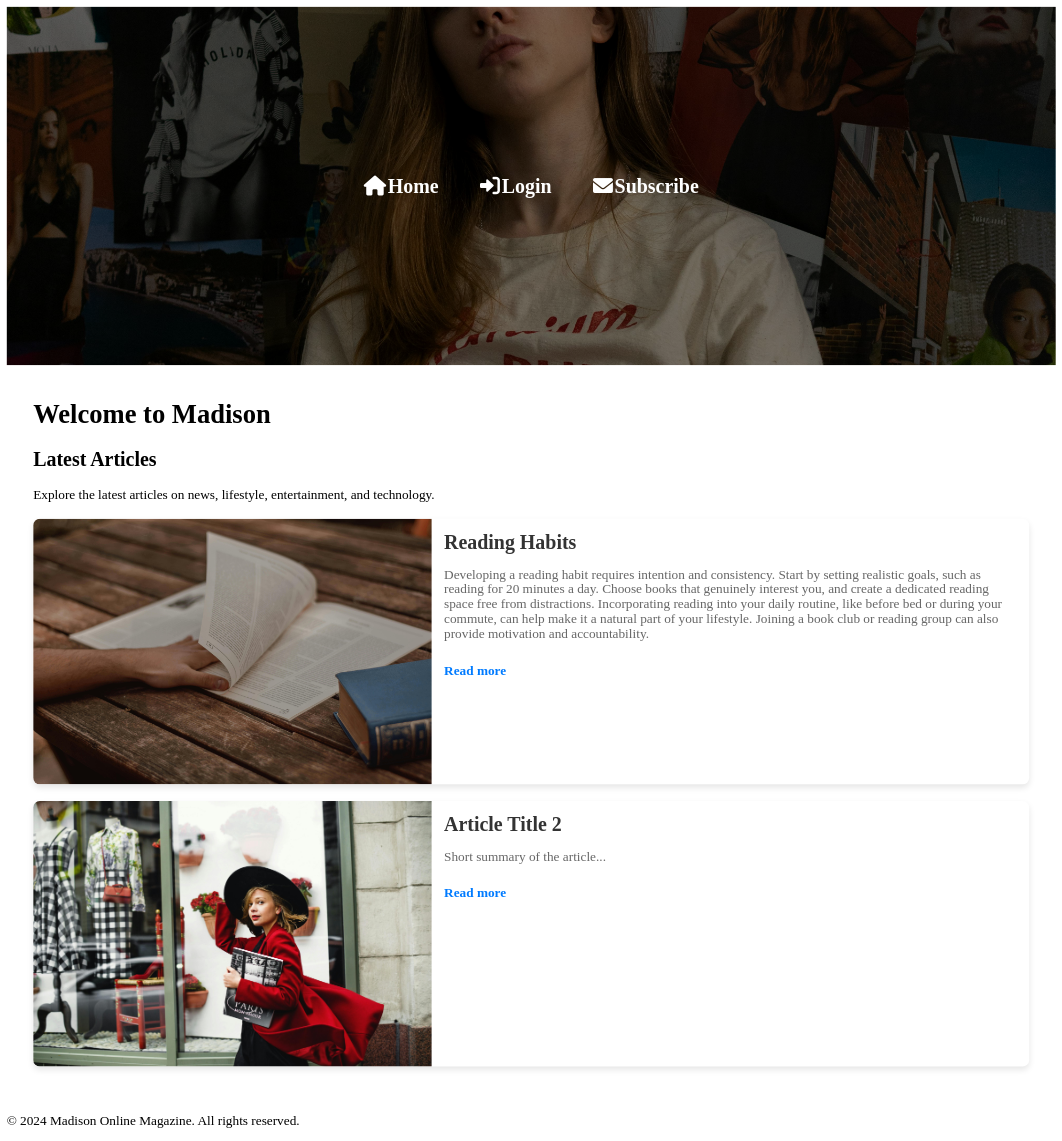
Repository: Anukb/Madison-Magazine-
Page: http://localhost/
The author's editor kept a copy of each file at every save. The page is drawn from the files as they stood at one save, then again after the next save.
The browser window is 1280 px wide. The pictures show the whole page, at 83% of full size.
The page is served by the project's application, run on Django 5.2 (manage.py).

Above is the page before, as saved 2024-08-13 06:49:38.

After the next save:
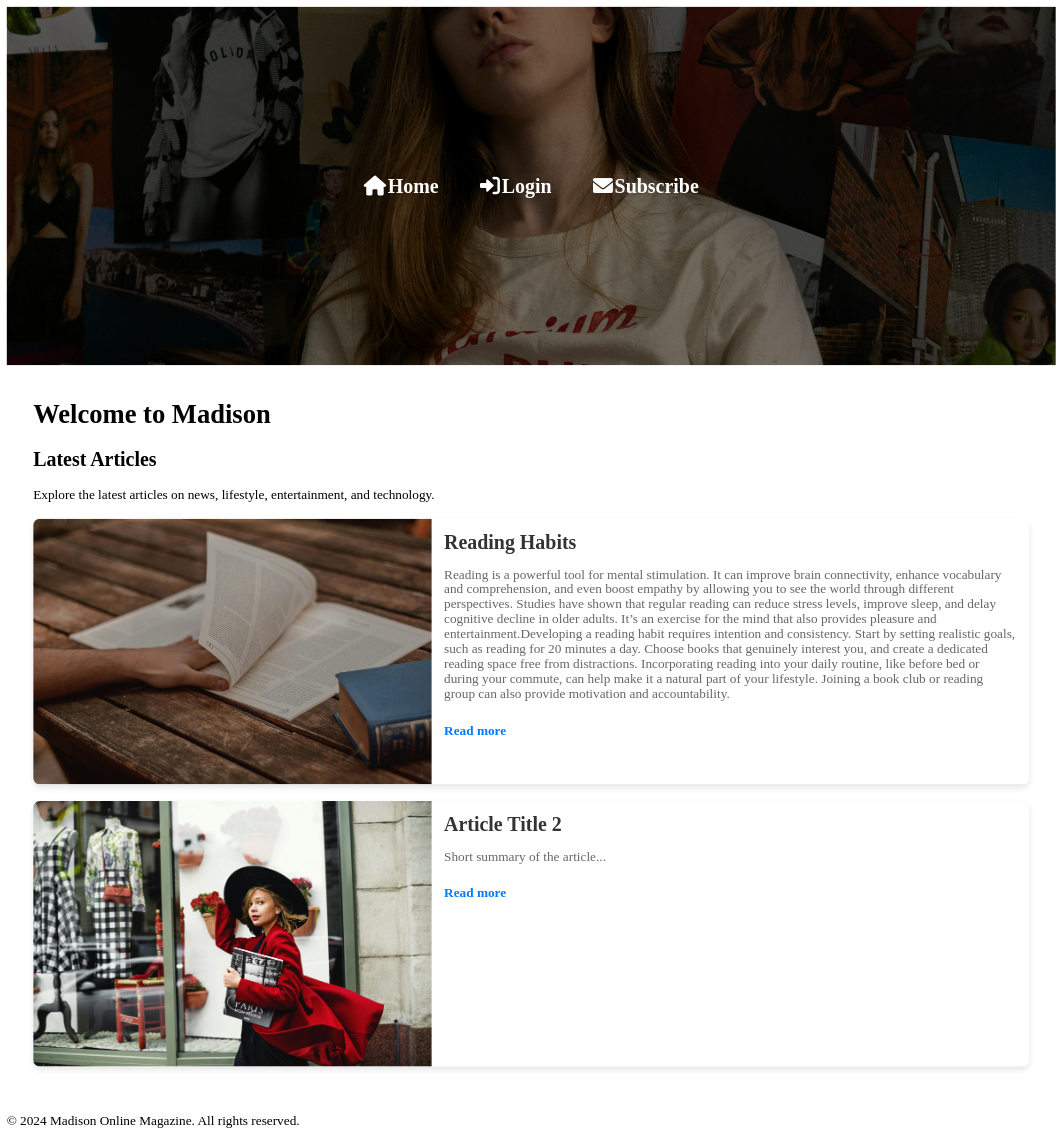
Saved 40 s later.
--- a/myapp/templates/home.html
+++ b/myapp/templates/home.html
@@ -36,7 +36,7 @@
                     <img src="{% static 'images/img2.jpg' %}" alt="Article 1 Image" class="card-img">
                     <div class="card-content">
                         <h3>Reading Habits</h3>
-                        <p>Developing a reading habit requires intention and consistency. Start by setting realistic goals, such as reading for 20 minutes a day. Choose books that genuinely interest you, and create a dedicated reading space free from distractions. Incorporating reading into your daily routine, like before bed or during your commute, can help make it a natural part of your lifestyle. Joining a book club or reading group can also provide motivation and accountability.</p>
+                        <p>Reading is a powerful tool for mental stimulation. It can improve brain connectivity, enhance vocabulary and comprehension, and even boost empathy by allowing you to see the world through different perspectives. Studies have shown that regular reading can reduce stress levels, improve sleep, and delay cognitive decline in older adults. It’s an exercise for the mind that also provides pleasure and entertainment.Developing a reading habit requires intention and consistency. Start by setting realistic goals, such as reading for 20 minutes a day. Choose books that genuinely interest you, and create a dedicated reading space free from distractions. Incorporating reading into your daily routine, like before bed or during your commute, can help make it a natural part of your lifestyle. Joining a book club or reading group can also provide motivation and accountability.</p>
                         <a href="#" class="read-more">Read more</a>
                     </div>
                 </div>
